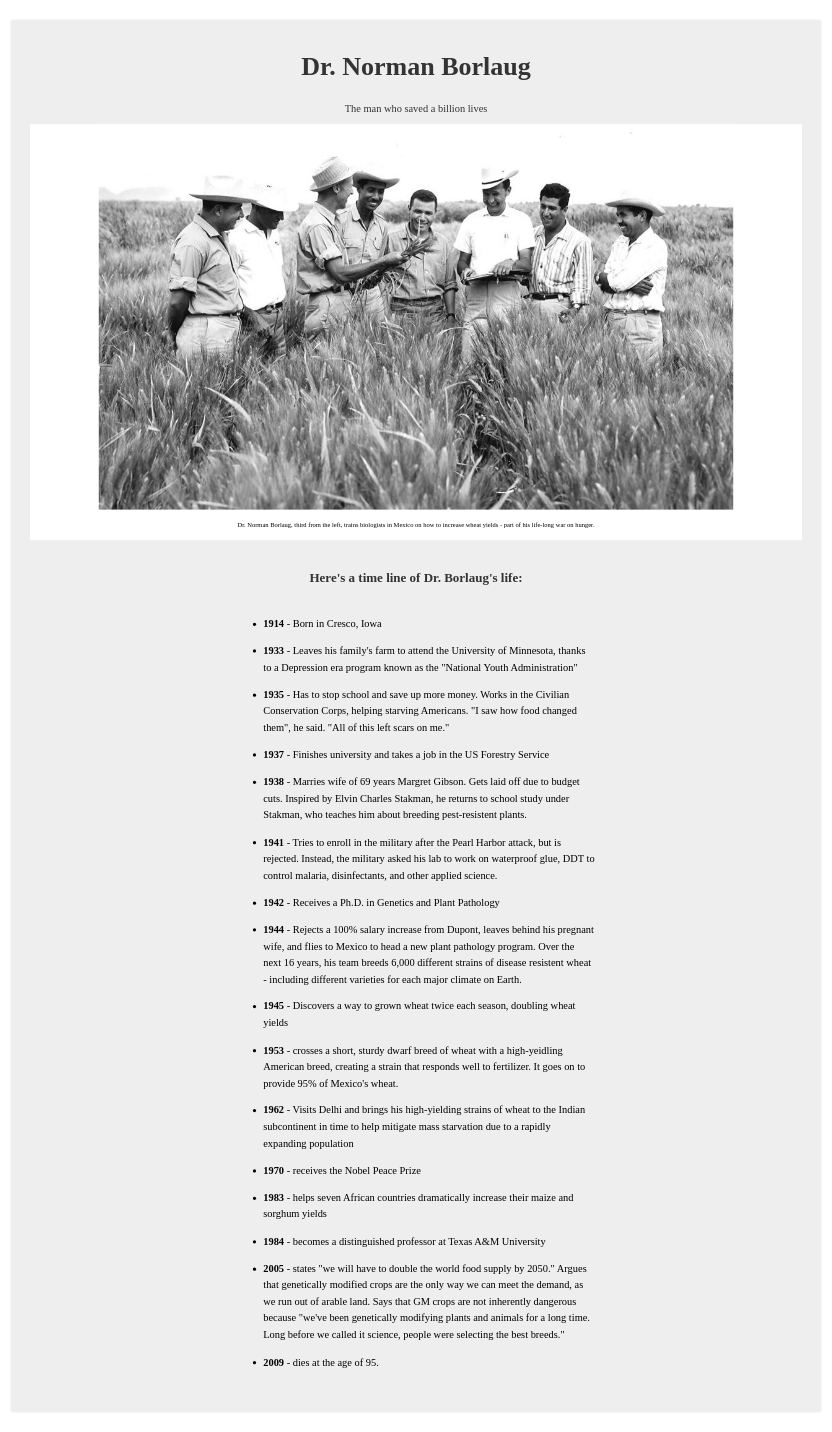
Repository: HTDuy01/github-demo
Page: freecodecamp/index.html
An editor plug-in stored every save of this project. The page is shown before and after the next save, followed by the edit.
The browser window is 1280 px wide. The pictures show the whole page, at 65% of full size.

Above is the page before, as saved 2021-11-18 21:11:14.

### freecodecamp/index.html
<!DOCTYPE html>
<html lang="en">
<head>
    <meta charset="UTF-8">
    <meta http-equiv="X-UA-Compatible" content="IE=edge">
    <meta name="viewport" content="width=device-width, initial-scale=1.0">
    <title>Document</title>
    <link rel="stylesheet" href="/assets/css/style.css">
    <link rel="stylesheet" href="/assets/css/base.css">
</head>
<body>
    <div class="main">
        <header id="title">
            <h1 class="heading">Dr. Norman Borlaug</h1>
            <p class="sub-heading">The man who saved a billion lives</p>
        </header>

        <div id="img-div">
            <img src="/assets/img/tribute-page-main-image.jpg" alt="" class="img">
            <p class="content-img">Dr. Norman Borlaug, third from the left, trains biologists in Mexico on how to increase wheat yields - part of his life-long war on hunger.</p>
        </div>

        <div class="content">
            <h3 class="content-heading">Here's a time line of Dr. Borlaug's life:</h3>
            <ul class="content-list">
                <li class="content-item">
                    <strong>1914</strong>
                     - Born in Cresco, Iowa
                </li>
                <li class="content-item">
                    <strong>1933</strong>
                      - Leaves his family's farm to attend the University of Minnesota, thanks to a Depression era program known as the "National Youth Administration"
                </li>
                <li class="content-item">
                    <strong>1935</strong>
                     - Has to stop school and save up more money. Works in the Civilian Conservation Corps, helping starving Americans. "I saw how food changed them", he said. "All of this left scars on me."
                </li>
                <li class="content-item">
                    <strong>1937</strong>
                     - Finishes university and takes a job in the US Forestry Service
                </li>
                <li class="content-item">
                    <strong>1938</strong>
                     - Marries wife of 69 years Margret Gibson. Gets laid off due to budget cuts. Inspired by Elvin Charles Stakman, he returns to school study under Stakman, who teaches him about breeding pest-resistent plants.
                </li>
                <li class="content-item">
                    <strong>1941</strong>
                      - Tries to enroll in the military after the Pearl Harbor attack, but is rejected. Instead, the military asked his lab to work on waterproof glue, DDT to control malaria, disinfectants, and other applied science.
                </li>
                <li class="content-item">
                    <strong>1942</strong>
                       - Receives a Ph.D. in Genetics and Plant Pathology
                </li>
                <li class="content-item">
                    <strong>1944</strong>
                    - Rejects a 100% salary increase from Dupont, leaves behind his pregnant wife, and flies to Mexico to head a new plant pathology program. Over the next 16 years, his team breeds 6,000 different strains of disease resistent wheat - including different varieties for each major climate on Earth.
                </li>
                <li class="content-item">
                    <strong>1945</strong>
                     - Discovers a way to grown wheat twice each season, doubling wheat yields
                </li>
                <li class="content-item">
                    <strong>1953</strong>
                      - crosses a short, sturdy dwarf breed of wheat with a high-yeidling American breed, creating a strain that responds well to fertilizer. It goes on to provide 95% of Mexico's wheat.
                </li>
                <li class="content-item">
                    <strong>1962</strong>
                     - Visits Delhi and brings his high-yielding strains of wheat to the Indian subcontinent in time to help mitigate mass starvation due to a rapidly expanding population
                </li>
                <li class="content-item">
                    <strong>1970</strong>
                     - receives the Nobel Peace Prize
                </li>
                <li class="content-item">
                    <strong>1983</strong>
                      - helps seven African countries dramatically increase their maize and sorghum yields
                </li>
                <li class="content-item">
                    <strong>1984</strong>
                     - becomes a distinguished professor at Texas A&M University
                </li>
                <li class="content-item">
                    <strong>2005</strong>
                     - states "we will have to double the world food supply by 2050." Argues that genetically modified crops are the only way we can meet the demand, as we run out of arable land. Says that GM crops are not inherently dangerous because "we've been genetically modifying plants and animals for a long time. Long before we called it science, people were selecting the best breeds."
                </li>
                <li class="content-item">
                    <strong>2009</strong>
                      - dies at the age of 95.
                </li>
            </ul>
        </div>

        <footer class="footer">

        </footer>
    </div>
</body>
</html>

### freecodecamp/assets/css/style.css
.main {
    background-color: #eee;
    margin: 30px 8px;
    padding: 15px;
    border-radius: 5px;
}

/* header */
#title {
    text-align: center;
}

.heading {
    color: var(--color-header);
    font-size: 4rem;
    font-weight: 700;
    margin-top: 27px;
    line-height: 60px;
}

.sub-heading {
    font-size: 1.6rem;
    color: var(--color-header);
    font-weight: 300;
}

/* Bener */
#img-div {
    height: 640px;
    background-color: #fff;
    margin: 0 15px;
    text-align: center;
}

.img {
    width: 976px;
    height: 593px;
}

.sub-img {
    font-size: 1.6rem;
    color: var(--color-header);
    font-weight: 400;
}

.content-heading {
    font-size: 2rem;
    color: var(--color-header);
    font-weight: 600;
    text-align: center;
    margin: 50px 0;
}

.content-list {
    max-width: 550px;
    text-align: left;
    margin: 0 auto 50px auto;
    line-height: 1.6;
}

.content-item {
    font-size: 1.6rem;
    margin: 16px 0;
    /* color: #eee; */
}

### freecodecamp/assets/css/base.css

* {
    box-sizing: inherit;
}

html {
    font-size: 62.5%;
    line-height: 1.6rem;
    /* font-family: -apple-system, BlinkMacSystemFont, 'Segoe UI', 'Roboto', 'Helvetica Neue', Arial, sans-serif; */
    box-sizing: border-box;
}

:root {
    --color-header:#333;
}

After the next save:
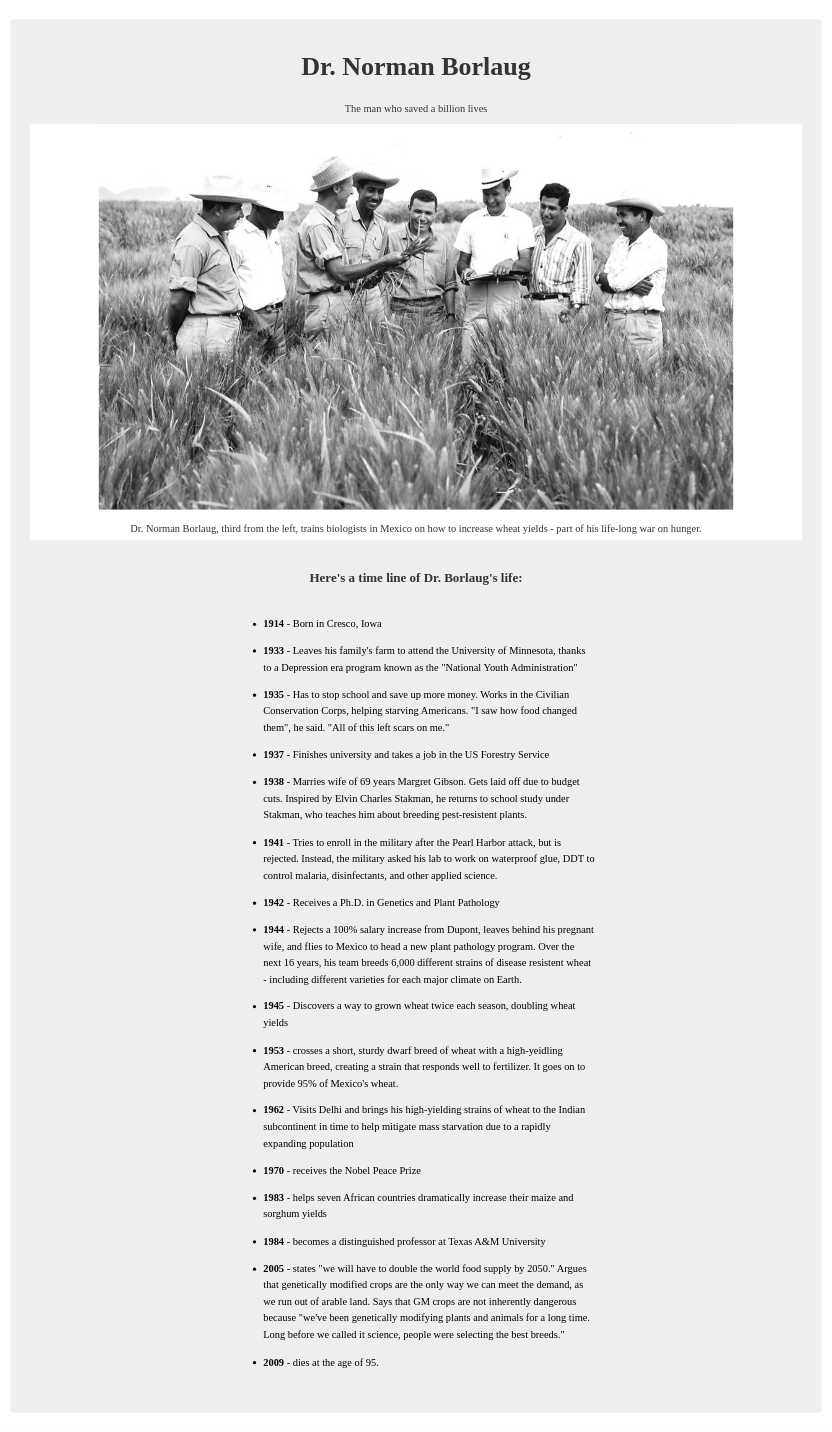
Saved 42 s later.
--- a/freecodecamp/index.html
+++ b/freecodecamp/index.html
@@ -17,7 +17,7 @@
 
         <div id="img-div">
             <img src="/assets/img/tribute-page-main-image.jpg" alt="" class="img">
-            <p class="content-img">Dr. Norman Borlaug, third from the left, trains biologists in Mexico on how to increase wheat yields - part of his life-long war on hunger.</p>
+            <p class="sub-img">Dr. Norman Borlaug, third from the left, trains biologists in Mexico on how to increase wheat yields - part of his life-long war on hunger.</p>
         </div>
 
         <div class="content">
